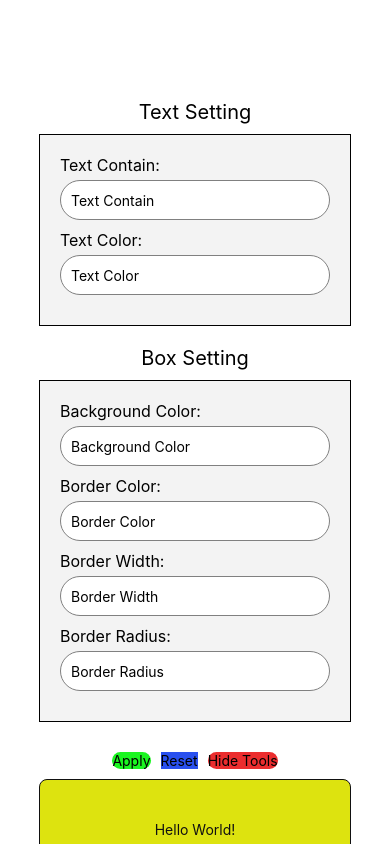
Repository: amirjavadikia/mobile-projectg
Screen: /
The author's editor kept a copy of each file at every save. The screen is drawn from the files as they stood at one save, then again after the next save.
The app was drawn by React Native's web renderer in a window 390 px wide. The project was rebuilt for these pictures with package versions that can differ from the ones it lists, and the page was loaded fresh each time.

Above is the screen before, as saved 2024-05-14 22:21:47.

### App.tsx
//
// => BOXES PROJECT
//

// import React from 'react';
// import { View, Text, StyleSheet } from 'react-native';
// import { FontAwesomeIcon } from '@fortawesome/react-native-fontawesome';
// import { faGear } from '@fortawesome/free-solid-svg-icons/faGear';
// import { faLocationDot } from '@fortawesome/free-solid-svg-icons/faLocationDot';
// import { faAddressBook } from '@fortawesome/free-solid-svg-icons/faAddressBook';


// const MainPage = () => {
//   return (
//     <View style={styles.container}>

//       <View style={[styles.blueBackground]}>
//         <Text style={styles.text}>Welcome to my app!</Text>
//       </View>


//       <View style={[styles.box, styles.purpleBackground]}>
//       <FontAwesomeIcon icon={faLocationDot} />
//         <Text style={styles.text}>Location</Text>
//       </View>


//       <View style={[styles.box, styles.yellowBackground]}>
//       <FontAwesomeIcon icon={faGear} />
//         <Text style={styles.text}>Settings</Text>
//       </View>


//       <View style={[styles.box, styles.redBackground]}>
//       <FontAwesomeIcon icon={faAddressBook} />
//         <Text style={styles.text}>Contacts</Text>
//       </View>

//     </View>
//   );
// };

// const styles = StyleSheet.create({
//   container: {
//     justifyContent: 'center',
//     alignItems: 'center',
//     margin: 10
//   },
//   box: {
//     width: '100%',
//     height: 100,
//     borderRadius: 10,
//     marginBottom: 15,
//     justifyContent: 'center',
//     textAlign: 'center',
//     alignItems: 'center',
//   },
//   blueBackground: {
//     backgroundColor: '#01008A',
//     borderRadius: 30,
//     width: '100%',
//     height: '10%',
//     justifyContent: 'center',
//     alignItems: 'center',
//     marginBottom: 20
//   },
//   purpleBackground: {
//     backgroundColor: '#810081',
//   },
//   yellowBackground: {
//     backgroundColor: '#fea501',
//   },
//   redBackground: {
//     backgroundColor: '#fe0002',
//   },
//   text: {
//     color: 'white',
//     fontSize: 20,
//     marginLeft: 10,
//   },
// });

// export default MainPage;





//
// => MIDTERM PROJECT
//


import React, { useState } from 'react';
import { View, Text, TextInput, StyleSheet, Button, ScrollView, TouchableOpacity } from 'react-native';

const App = () => {
  const [text, setText] = useState('Hello World!');
  const [showTools, setShowTools] = useState(true);
  const [newText, setNewText] = useState('');
  const [newTextColor, setNewTextColor] = useState('');
  const [newBackgroundColor, setNewBackgroundColor] = useState('');
  const [newBorderColor, setNewBorderColor] = useState('');
  const [newBorderWidth, setNewBorderWidth] = useState('');
  const [newBorderRadius, setNewBorderRadius] = useState('');
  const [applyChanges, setApplyChanges] = useState(false);

  const handleTextChange = (inputText) => {
    setNewText(inputText);
    setApplyChanges(false);
  };

  const handleTextColorChange = (inputText) => {
    setNewTextColor(inputText);
    setApplyChanges(false);
  };

  const handleBackgroundChange = (inputText) => {
    setNewBackgroundColor(inputText);
    setApplyChanges(false);
  };

  const handleBorderColorChange = (inputText) => {
    setNewBorderColor(inputText);
    setApplyChanges(false);
  };

  const handleBorderWidthChange = (inputText) => {
    setNewBorderWidth(inputText);
    setApplyChanges(false);
  };

  const handleBorderRadiusChange = (inputText) => {
    setNewBorderRadius(inputText);
    setApplyChanges(false);
  };

  const handleApplyChanges = () => {
    setText(newText);
    setApplyChanges(true);
  };

  const handleResetChanges = () => {
    setApplyChanges(false);
    setText('');
    setNewText('');
    setNewTextColor('');
    setNewBackgroundColor('');
    setNewBorderColor('');
    setNewBorderWidth('');
    setNewBorderRadius('');
  };

  const handleToggleTools = () => {
    setShowTools(!showTools);
  };

  return (
    <ScrollView contentContainerStyle={styles.scrollViewContent}>
      <View style={styles.container}>
        {showTools && (
          <>
            <Text style={styles.title}>Text Setting</Text>
            <View style={styles.section}>
              <Text style={styles.label}>Text Contain:</Text>
              <TextInput
                style={styles.input}
                onChangeText={handleTextChange}
                value={newText}
                placeholder="Text Contain"
              />
              <Text style={styles.label}>Text Color:</Text>
              <TextInput
                style={styles.input}
                onChangeText={handleTextColorChange}
                value={newTextColor}
                placeholder="Text Color"
              />
            </View>

            <Text style={styles.title}>Box Setting</Text>
            <View style={styles.section}>
              <Text style={styles.label}>Background Color:</Text>
              <TextInput
                style={styles.input}
                onChangeText={handleBackgroundChange}
                value={newBackgroundColor}
                placeholder="Background Color"
              />
              <Text style={styles.label}>Border Color:</Text>
              <TextInput
                style={styles.input}
                onChangeText={handleBorderColorChange}
                value={newBorderColor}
                placeholder="Border Color"
              />
              <Text style={styles.label}>Border Width:</Text>
              <TextInput
                style={styles.input}
                onChangeText={handleBorderWidthChange}
                value={newBorderWidth}
                placeholder="Border Width"
              />
              <Text style={styles.label}>Border Radius:</Text>
              <TextInput
                style={styles.input}
                onChangeText={handleBorderRadiusChange}
                value={newBorderRadius}
                placeholder="Border Radius"
              />
            </View>


          </>
        )}
        <View style={styles.buttonGroup}>
              { showTools && (
                <>
                <TouchableOpacity
               onPress={handleApplyChanges}
               style={styles.applyButton}
            >
              <Text>Apply</Text>
            </TouchableOpacity>

                <TouchableOpacity
               onPress={handleResetChanges}
               style={styles.resetButton}
            >
              <Text>Reset</Text>
            </TouchableOpacity>
                </>
              )}
              <TouchableOpacity
               onPress={handleToggleTools}
               style={styles.showButton}
            >
              <Text>{showTools ? "Hide Tools" : "Show Tools"}</Text>
            </TouchableOpacity>
            </View>
        <View style={[styles.box, { backgroundColor: applyChanges ? newBackgroundColor : '#dde30f', borderRadius: applyChanges ? parseInt(newBorderRadius) || 0 : 8, borderWidth: applyChanges ? parseInt(newBorderWidth) || 1 : 1, borderColor: applyChanges ? newBorderColor : "#111" }]}>
          <Text style={[styles.boxText, {color: applyChanges ? newTextColor : '#111'}]}>{text || "Hello World!"}</Text>
        </View>
      </View>
    </ScrollView>
  );
};

const styles = StyleSheet.create({
  scrollViewContent: {
    flexGrow: 1,
  },
  container: {
    flex: 1,
    alignItems: 'center',
    justifyContent: 'center',
    marginTop: 100,
    backgroundColor: '#fff',
  },
  section: {
    width: '80%',
    marginBottom: 20,
    backgroundColor: "#f3f3f3",
    borderWidth: 1,
    padding: 20
  },
  title: {
    fontSize: 20,
    marginBottom: 10,
  },
  label: {
    fontSize: 16,
    marginBottom: 5,
  },
  input: {
    width: '100%',
    height: 40,
    borderWidth: 1,
    borderColor: 'gray',
    marginBottom: 10,
    paddingHorizontal: 10,
    textAlign: 'left',
    borderRadius: 30,
    backgroundColor: "#fff"
  },
  box: {
    width: '80%',
    height: 100,
    backgroundColor: '#dde30f',
    justifyContent: 'center',
    alignItems: 'center',
  },
  boxText: {

  },
  buttonGroup: {
    display: 'flex',
    flexDirection: 'row',
    justifyContent: 'space-around',
    marginVertical: 10,
  },
  applyButton: {
    marginRight: 10,
    borderRadius: 20,
    backgroundColor: '#1bf621'
  },
  resetButton: {
    marginRight: 10,
    backgroundColor: '#2950ef'
  },
  showButton: {
    borderRadius: 20,
    backgroundColor: '#eb2d2e'
  }
});

export default App;

After the next save:
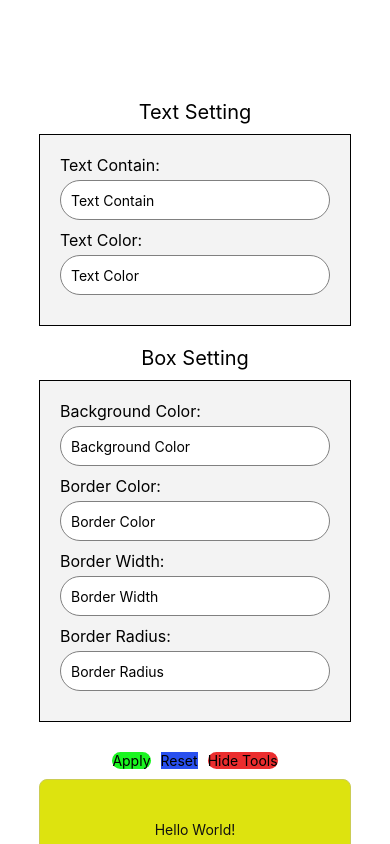
Saved 26 s later.
--- a/App.tsx
+++ b/App.tsx
@@ -238,7 +238,7 @@ const App = () => {
               <Text>{showTools ? "Hide Tools" : "Show Tools"}</Text>
             </TouchableOpacity>
             </View>
-        <View style={[styles.box, { backgroundColor: applyChanges ? newBackgroundColor : '#dde30f', borderRadius: applyChanges ? parseInt(newBorderRadius) || 0 : 8, borderWidth: applyChanges ? parseInt(newBorderWidth) || 1 : 1, borderColor: applyChanges ? newBorderColor : "#111" }]}>
+        <View style={[styles.box, { backgroundColor: applyChanges ? newBackgroundColor : '#dde30f', borderRadius: applyChanges ? parseInt(newBorderRadius) || 0 : 8, borderWidth: applyChanges ? parseInt(newBorderWidth) || 1 : 1, borderColor: applyChanges ? newBorderColor : "#cbcc54" }]}>
           <Text style={[styles.boxText, {color: applyChanges ? newTextColor : '#111'}]}>{text || "Hello World!"}</Text>
         </View>
       </View>
